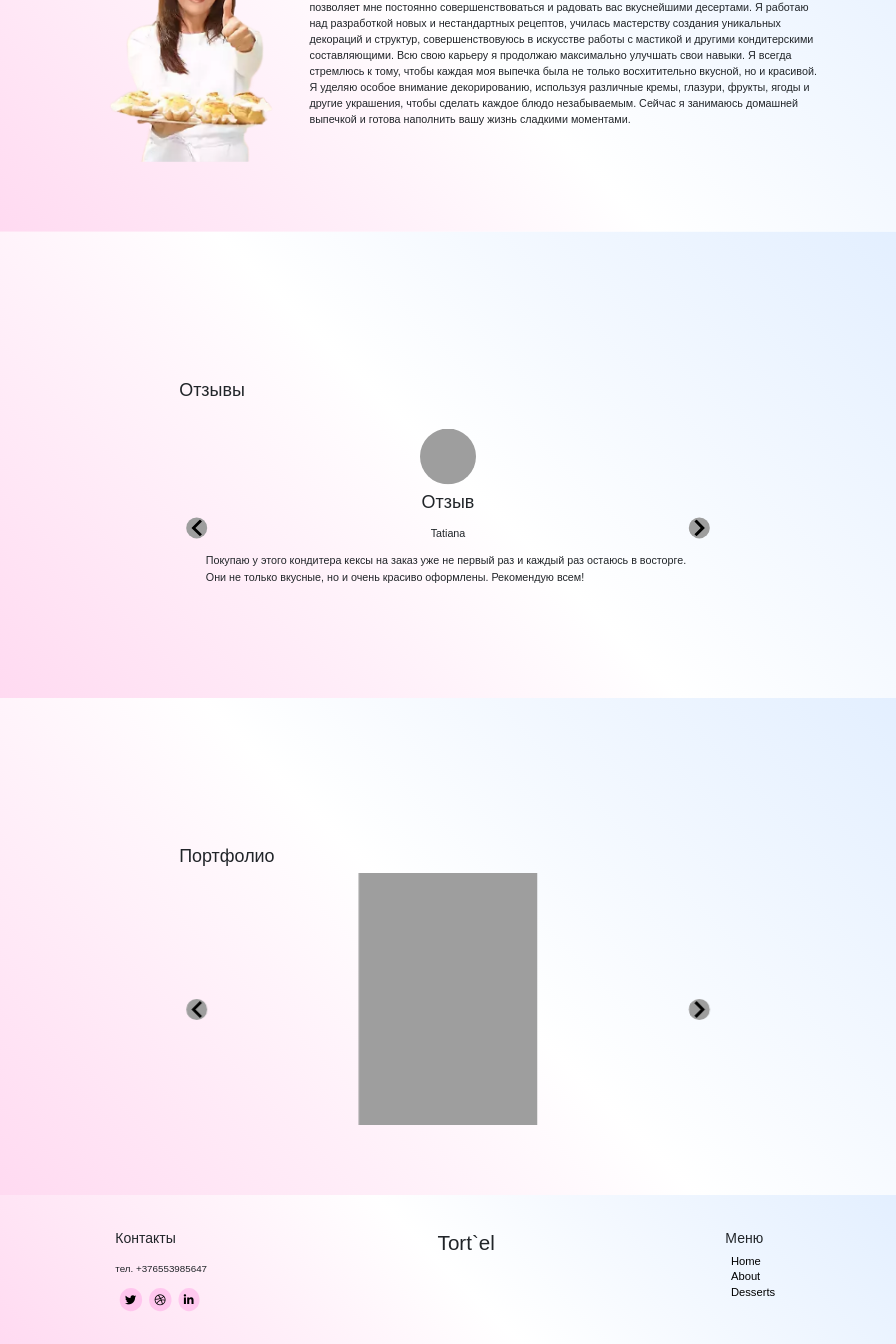
Repository: KseniaEryze/DiplomToday
Page: /about
The author's editor kept a copy of each file at every save. The page is drawn from the files as they stood at one save, then again after the next save.
The browser window is 1280 px wide. The pictures show the part of the page from y = 753 to 2673 px (the page is 2673 px tall), at 70% of full size.
Pictures or frames that could not be fetched are drawn as grey boxes. The page's requests for data from a server got no answer. The project was rebuilt for these pictures with package versions that can differ from the ones it lists, and the page was loaded fresh each time. No one was signed in, and anything a server would have sent is missing. Also part of the build but not shown: src/App.css, src/components/Categories/categories.css, src/components/Categories/Categories.jsx, src/pages/Desserts/css/main.css, src/pages/Desserts/Calculation.jsx, src/components/Popap/modal.css, src/components/Popap/ItemPoap.jsx, src/components/ItemProduct/item.css and 16 more.

Above is the page before, as saved 2024-09-10 13:30:59.

After the next save:
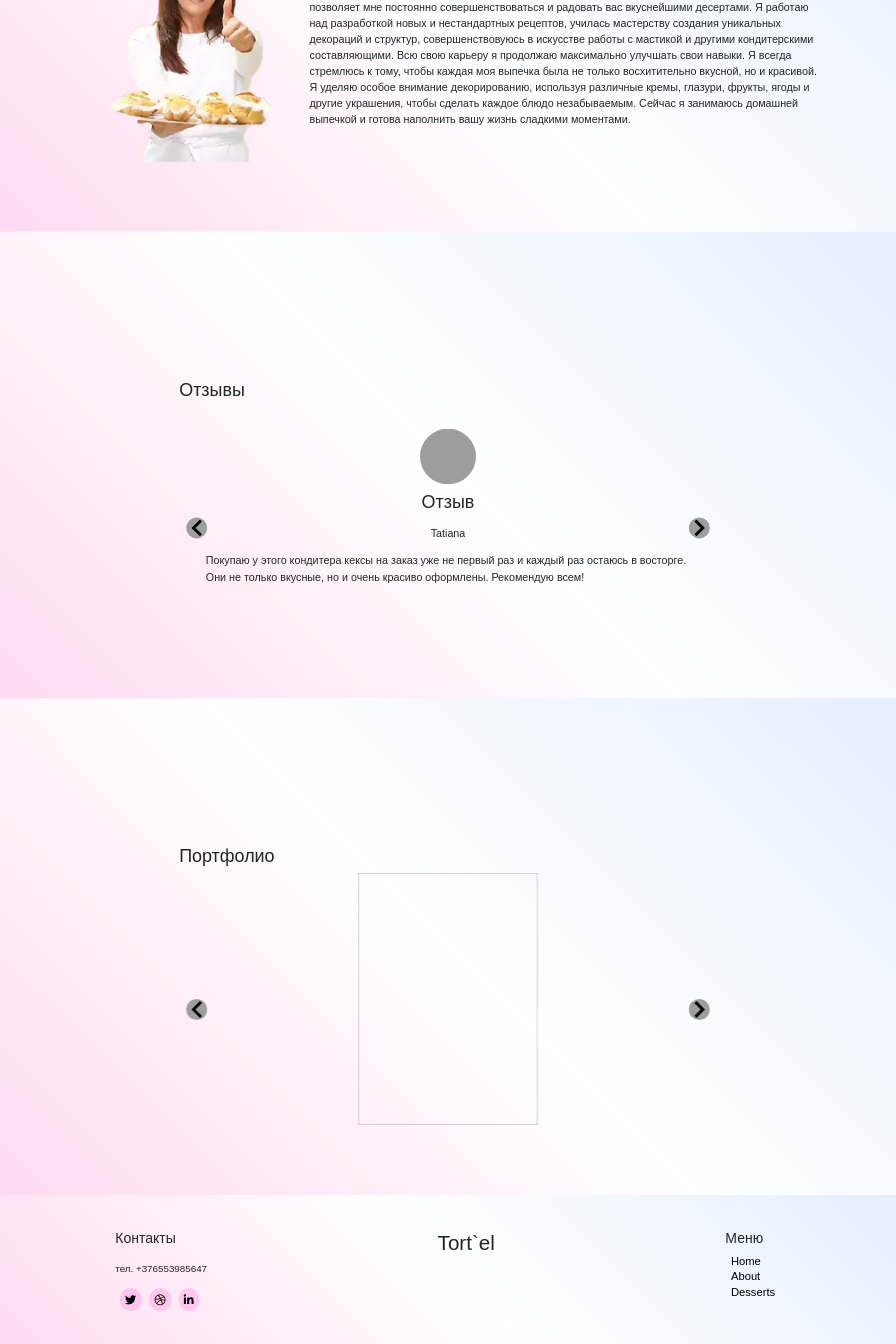
Saved 47 s later.
--- a/src/components/Galery/Gallery.jsx
+++ b/src/components/Galery/Gallery.jsx
@@ -32,7 +32,7 @@
       <Fade>
         {images.map((fadeImage, index) => (
           <div className='wrapper-gallery' key={index}>
-            <img className='slide-image' src={fadeImage.src} />
+            <img className='slide-image' src={images.src} />
 
           </div>
         ))}

After the 2 saves that followed:
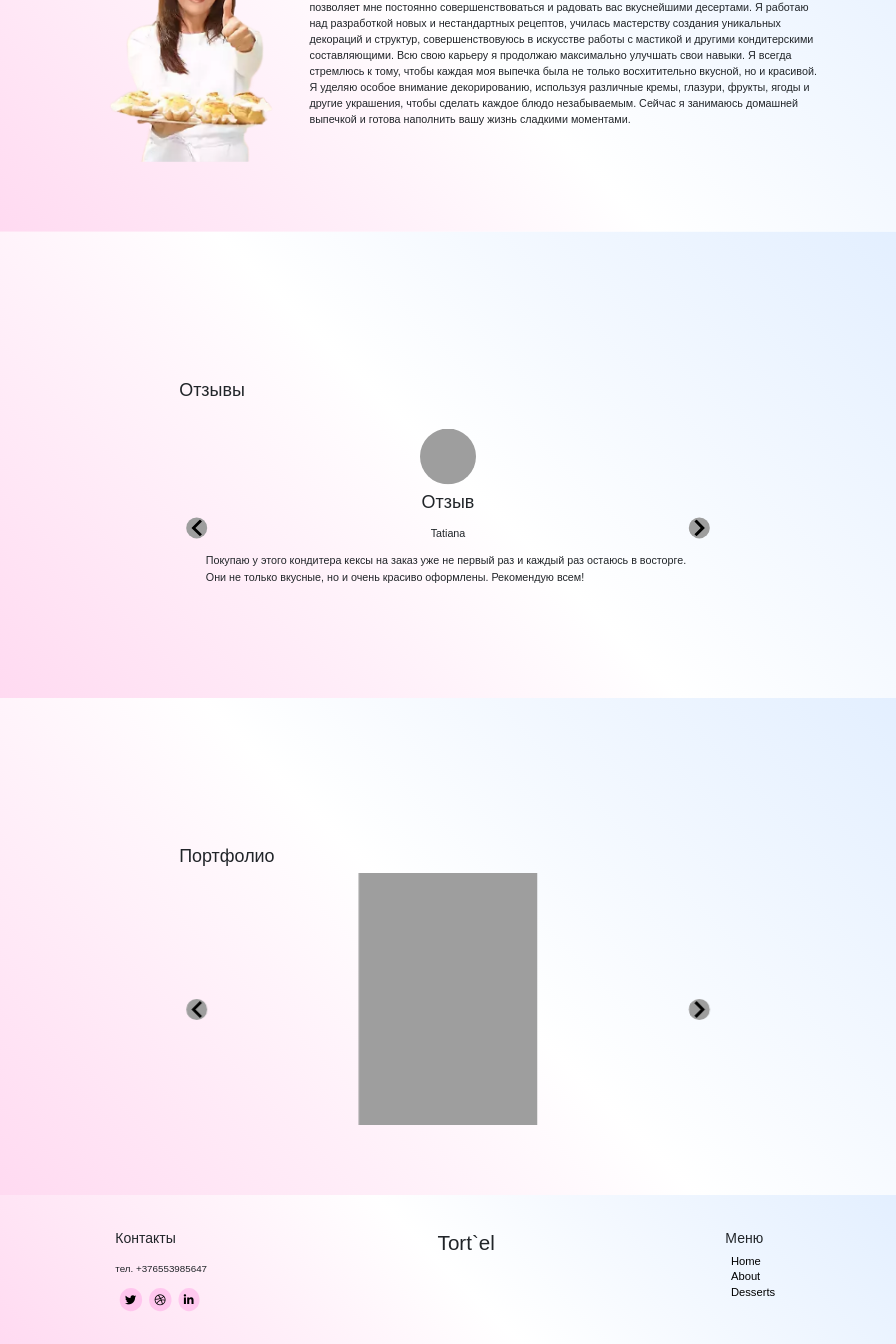
The 2 saves are shown as one change because 1 left the picture as it was.
The last was saved 4 min 44 s later.
--- a/src/components/Galery/Gallery.jsx
+++ b/src/components/Galery/Gallery.jsx
@@ -32,7 +32,7 @@
       <Fade>
         {images.map((fadeImage, index) => (
           <div className='wrapper-gallery' key={index}>
-            <img className='slide-image' src={images.src} />
+            <img className='slide-image' src={fadeImage.src} />
 
           </div>
         ))}
